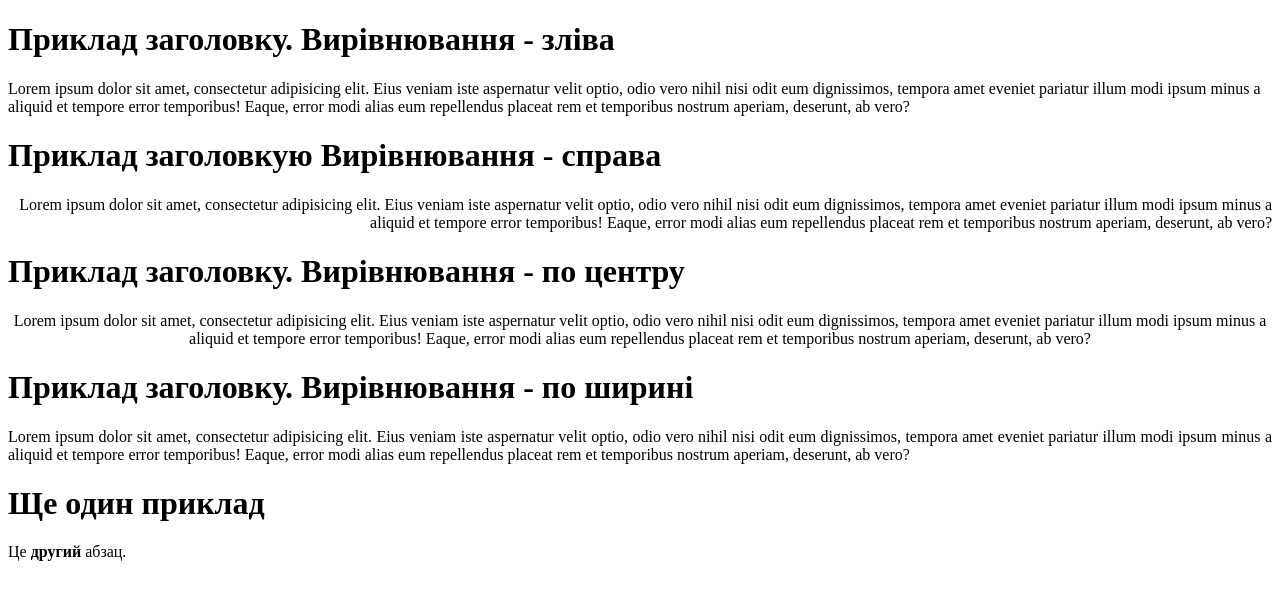
Repository: YurroUzhgorod/Home-works--vue.js3-and-node-express
Page: 7-lesson28-practice/my-practice/library_back/public/index.html
The author's editor kept a copy of each file at every save. The page is drawn from the files as they stood at one save, then again after the next save.
The browser window is 1280 px wide. The pictures show the whole page.

Above is the page before, as saved 2022-06-19 23:39:07.

After the next save:
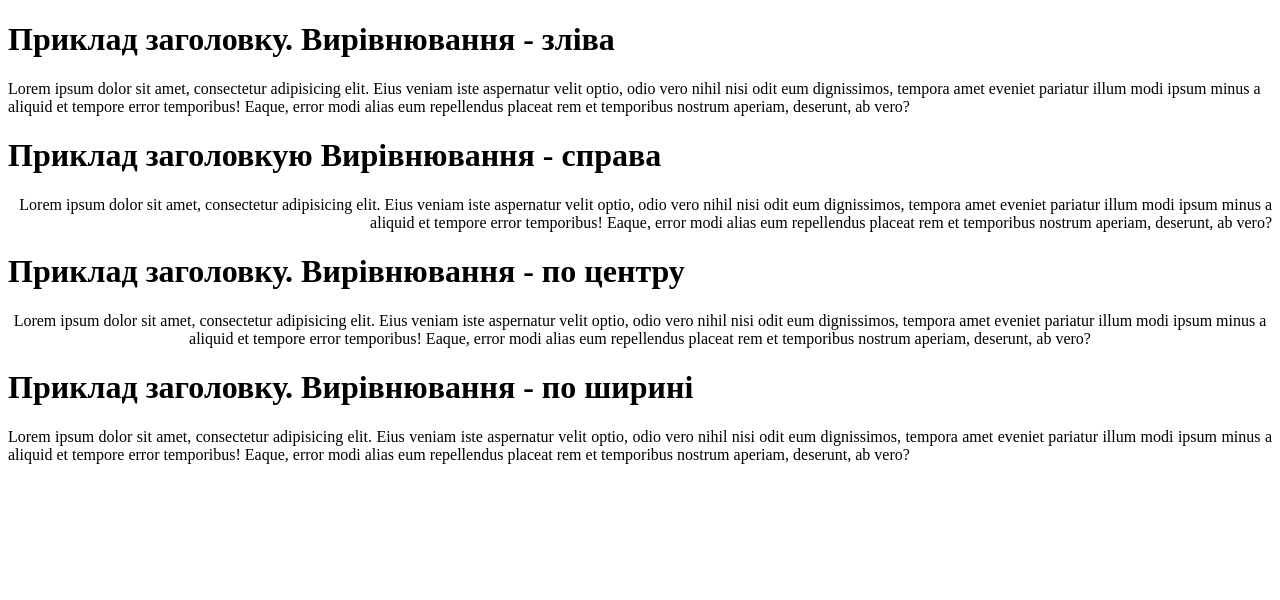
Saved 28 s later.
--- a/7-lesson28-practice/my-practice/library_back/public/index.html
+++ b/7-lesson28-practice/my-practice/library_back/public/index.html
@@ -39,7 +39,5 @@
       temporibus! Eaque, error modi alias eum repellendus placeat rem et
       temporibus nostrum aperiam, deserunt, ab vero?
     </p>
-    <h1>Ще один приклад</h1>
-    <p>Це <strong>другий</strong> абзац.</p>
   </body>
 </html>
